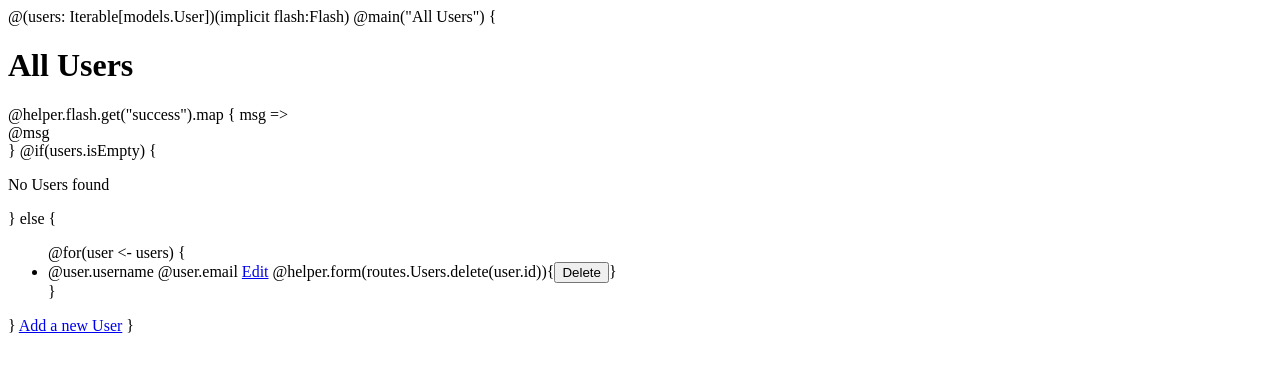
Repository: mlvhub/Learning
Page: Scala/Play!/UserAdmin/app/views/users/list.scala.html
An editor plug-in stored every save of this project. The page is shown before and after the next save, followed by the edit.
The browser window is 1280 px wide. The pictures show the whole page.

Above is the page before, as saved 2014-01-01 00:06:02.

After the next save:
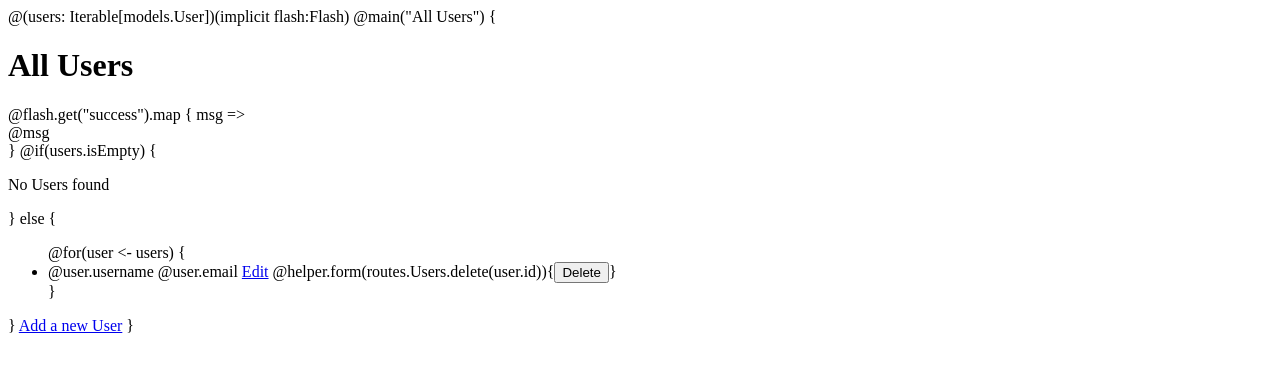
Saved 6 s later.
--- a/Scala/Play!/UserAdmin/app/views/users/list.scala.html
+++ b/Scala/Play!/UserAdmin/app/views/users/list.scala.html
@@ -2,7 +2,7 @@
 
 @main("All Users") {
   <h1>All Users</h1>
-  @helper.flash.get("success").map { msg =>
+  @flash.get("success").map { msg =>
       <div class="flash">@msg</div>
   }
   @if(users.isEmpty) {
